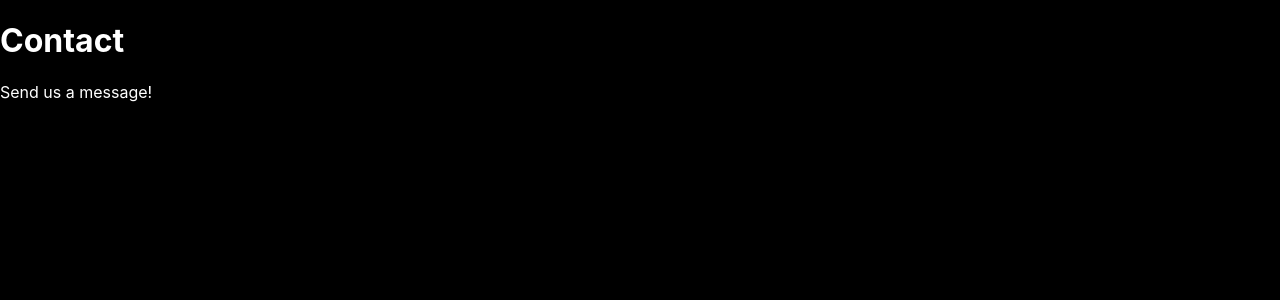
Repository: CarolEnache/commodities-toolkit-ui
Page: /contact
The author's editor kept a copy of each file at every save. The page is drawn from the files as they stood at one save, then again after a run of saves.
The browser window is 1280 px wide. The pictures show the whole page.
The project was rebuilt for these pictures with package versions that can differ from the ones it lists, and the page was loaded fresh each time. The framework's server and built-in components were replaced by stand-ins that run in the browser. Also part of the build but not shown: next.config.js.

Above is the page before, as saved 2022-12-01 19:38:52.

### pages/contact/index.tsx
import Hamburger from 'hamburger-react'


const ContactPage = () => {
  return (
    <div>
      <h1>Contact</h1>
      <p>Send us a message!</p>
    </div>
  );
};

export default ContactPage;

### styles/globals.css
:root {
  --primary: #53709D;
  --secondary: #012d49;
  --tertiary: #F1FAFF;
  --white: #ffffff;
}

html,
body {
  padding: 0;
  margin: 0;
  font-family: -apple-system, BlinkMacSystemFont, Segoe UI, Roboto, Oxygen,
    Ubuntu, Cantarell, Fira Sans, Droid Sans, Helvetica Neue, sans-serif;
}

a {
  color: inherit;
  text-decoration: none;
}

* {
  box-sizing: border-box;
}

@media (prefers-color-scheme: light) {
  html {
    color-scheme: light;
  }
  body {
    color: white;
    background: black;
  }
}

Loaded but not shown: pages/_app.tsx (common file)

After the next 2 saves:
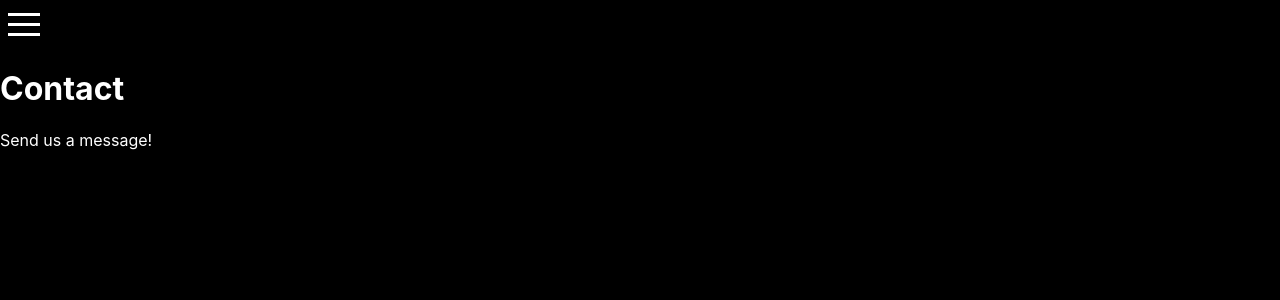
The 2 saves are shown as one change because 1 did not build or start.
The last was saved 76 s later.
--- a/pages/contact/index.tsx
+++ b/pages/contact/index.tsx
@@ -1,9 +1,15 @@
+import { useState } from 'react'
 import Hamburger from 'hamburger-react'
 
 
 const ContactPage = () => {
+  const [isOpen, setOpen] = useState(false)
+
   return (
     <div>
+      <div>
+        <Hamburger toggled={isOpen} toggle={setOpen} />
+      </div>
       <h1>Contact</h1>
       <p>Send us a message!</p>
     </div>
